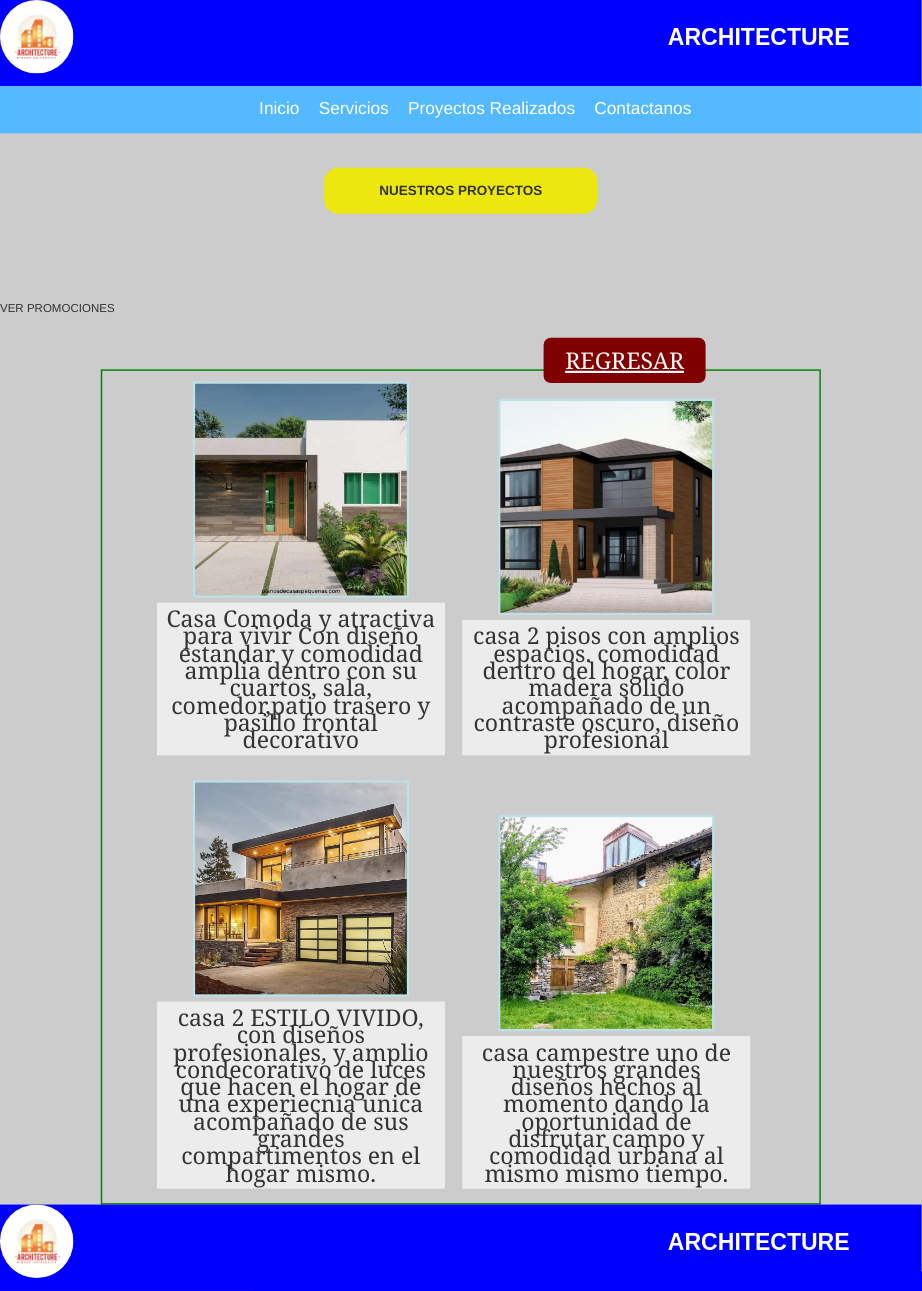
Repository: gabrielestrella18/htdocs
Page: http://localhost/arquitectos/proyectos.php
An editor plug-in stored every save of this project. The page is shown before and after the next save, followed by the edit.
The browser window is 1280 px wide. The pictures show the whole page, at 72% of full size.
The page is run by PHP 8.4 with error messages shown; the project is at /var/www/html/. The database holds what the project's SQL file puts in it.

Above is the page before, as saved 2023-12-11 11:45:19.

### arquitectos/proyectos.php
<!DOCTYPE html>
<html lang="en">
  <head>
    <title></title>
    <meta charset="UTF-8">
    <meta name="viewport" content="width=device-width, initial-scale=1">
    <link href="estilo.css" rel="stylesheet">
  </head>
  <body>
  <?php
  include "arriba.php"
  ?>

<?php
include "menu.php"

?>

<br><br>
<div class="ser">
<h3 class="serv">NUESTROS PROYECTOS</h3>
</div>
<br><br><br><br><br>


<div class="cabecera">
    VER PROMOCIONES
</div>

<BR></BR>
<p class="alinear"><a id="mostrar" href="control.php">
    REGRESAR</a>
</p>

<div class="contenedor">
    <?php
    include "conexion.php";
    $todos_usuarios = "SELECT * FROM contenidos ORDER BY id ASC";
    $resultado = mysqli_query($conexion, $todos_usuarios);

    while ($registro = mysqli_fetch_assoc($resultado)) {
    ?>
<div class="cajas">
    <a href="<?php  echo $registro['descripcion']?>"
    target="_blank">
    <img class="fotos_promo" src="<?php echo $registro['descripcion'];  ?>"></a>
    <br>
    <p class="titulo_promo"><?php  echo $registro['ruta']; ?></p>
</div>
<?php
    }
?>
</div>




<?php
include "abajo.php"
?>


  </body>
</html>

### arquitectos/arriba.php
<div class="azul">
  <img  class="lg"src="imagenes/arch.jpg" alt="">

  <h1>ARCHITECTURE</h1>
</div>

### arquitectos/menu.php
<div class="menu">
<div class="menuOpciones">
            <a href="index.php">Inicio</a>
            <a href="servicios.php">Servicios</a>
            <a href="proyectos.php">Proyectos Realizados</a>
            <a href="contactos.php">Contactanos</a>
            </div>

</div>

### arquitectos/conexion.php
<?php
$host = "localhost";
$user = "root";
$pass = "";
$bd = "arquitectos";

$conexion = mysqli_connect($host, $user, $pass, $bd);

if (!$conexion){
echo"NO se conecto";
}

### arquitectos/abajo.php

<div class="azul">
  <img  class="lg"src="imagenes/arch.jpg" alt="">

  <h1>ARCHITECTURE</h1>
</div>

### arquitectos/estilo.css
* {
    box-sizing: border-box;
    margin: 0;
    padding: 0;
}

body {
    font-family: helvetica;
    font-size: 16px;
    line-height: 24px;
    color: #333;
    background-color: #cccccc;
    max-width: 1400px;
}

.azul {
    background-color: blue;
    padding-bottom: 120px;
}

.lg {
    float: left;
    width: 8%;
    height: 8%;
    border-radius: 80px;
}

h1 {
    color: white;
    float: right;
    font-family: sans-serif;
    text-align: end;
    padding-top: 40px;
    padding-right: 100px;
}

.menu {
    border: 1px #54b9ff solid;
    background-color: #54b9ff;
    height: 65px;
}

.menuOpciones {
    padding-top: 12px;
    text-align: center;
    margin-top: 5px;
    padding-left: 40px;
    font-size: x-large;
}

.menuOpciones a {
    text-decoration: none;
    color: white;
    padding: 10px;
}

.menuOpciones a:hover {
    color: #373b39;
    background-color: #0afc83;
    padding-top: 16px;
    padding-bottom: 21px;
}

.contenedor_fondo {
    width: 1350px;
    height: 600px;
    margin: auto;
    background-image: url(imagenes/fondoarq.jpg);
    background-repeat: no-repeat;
    background-size: cover;
}

.textofoto {
    color: rgb(7, 2, 2);
    margin: auto;
    text-align: center;
    line-height: 35px;
    padding-top: 200px;
    font-size: x-large;
}

.video {
    text-align: center;
    background-color: #373b39;
    border-radius: 100px;
    width: 700px;
    margin: auto;
    padding-top: 40px;
    padding-bottom: 40px;
}

.botoncito {
    text-align: center;
}

.boton1 {
    color: #ece80f;
    background-color: #ce1111;
    padding-top: 20px;
    padding-bottom: 20px;
    padding-left: 10px;
    padding-right: 10px;
    border-radius: 20px;
    text-decoration: none;
}

h3 {
    text-align: center;
}

.serv {
    background-color: #ece80f;
    padding-top: 20px;
    padding-bottom: 20px;
    padding-left: 10px;
    padding-right: 10px;
    border-radius: 20px;
}

.ser {
    padding-left: 450px;
    padding-right: 450px;
}

p {
    font-weight: 400px;
    font-size: xx-large;
}

.text {
    text-align: center;
}

.caja1 {
    float: left;
    padding-left: 150px;
    padding-top: 60px;
}

.caja2 {
    float: right
}

.plan {
    width: 70%;
    height: 70%;
}

.rojo {
    color: rgb(255, 0, 0);
    font-weight: 800;
}

.text {
    color: black;
    font-size: large;
}

.caja3 {
    float: right;
    padding-right: 200px;
    padding-top: 120px;
}

.caja4 {
    float: left;
}

.co {
    padding-left: 100px;
    width: 600px;
    height: 320px;
}

.caja5 {
    float: left;
    padding-left: 150px;
    padding-top: 60px;
}

.caja6 {
    float: right;
    padding-right: 200px;
}

.re {
    width: 450px;
    height: 300px;
}

.display {
    display: inline-block;
    width: 1350px;
}

.mira {
    text-align: center;
    display: inline-block;
    width: 700px;
}

.ubica {
    display: inline-block;
    width: 600px;
    text-align: center;
    padding-left: 150px;
}

.ubi {
    width: 600px;
    height: 300px;
}

.boton2 {
    color: #ece80f;
    background-color: #ce1111;
    padding-top: 20px;
    padding-bottom: 20px;
    padding-left: 10px;
    padding-right: 10px;
    border-radius: 20px;
    text-decoration: none;
}

.rapi {
    color: rgb(243, 243, 248);
    font-family: 'Franklin Gothic Medium';
    font-size: large;
    background-color: rgb(68, 67, 66);
    border-radius: 20px;
    padding-top: 10px;
    padding-bottom: 10px;
    display: inline-block;
    padding-left: 10px;
    padding-right: 10px;
}

.cuadrado {
    border: 4px #eaeaea solid;
    background-color: #eaeaea;
    padding: 6px 50px;
}

.campos {
    border-radius: 20px;
    border: 1px #999 solid;
    padding: 7px;
    width: 400px;
    /* para que se separen */
    margin-left: 20px;
}

.boton3 {
    padding: 5px 10px;
    margin-left: 35px;
    color: #f0dbdb;
    background-color: #ff5454;
    border-radius: 20px;
    padding-top: 18px;
    padding-bottom: 18px;
    padding-left: 20px;
    padding-right: 20px;
}

.boton3:hover {
    background-color: #38065a;
    color: white;
}

.boton4 {
    padding: 5px 10px;
    background-color: aqua;
    border-radius: 20px;
    padding-top: 18px;
    padding-bottom: 18px;
    padding-left: 20px;
    padding-right: 20px;
}

.boton4:hover {
    background-color: #aaff0b;
    color: white;
}

.centro {
    text-align: center;
}

.contenedor2 {
    width: 1350px;
    height: 700px;
    margin: auto;
    background-image: url(imagenes/muchos.gif);
    background-repeat: no-repeat;
    background-size: cover;
}

h4 {
    color: blue;
    text-align: center;
    font-size: xx-large;
}

.admi {
    text-align: center;
}

.ad {
    color: white;
    background-color: rgb(46, 42, 42);
    border-radius: 20px;
    padding-top: 10px;
    padding-bottom: 10px;
    padding-left: 10px;
    padding-right: 10px;
}

h5 {
    color: blue;
    text-align: center;
    font-size: xx-large;
}

#proy {
    color: white;
    background-color: rgb(5, 5, 48);
    border-radius: 20px;
    padding-top: 10px;
    padding-bottom: 10px;
    padding-left: 10px;
    padding-right: 10px;
    text-decoration: none;
}

.alin {
    display: inline-block;
    width: 600px;
    text-align: center;
}

.lateral {
    display: inline-block;
    width: 1300px;
}

.mueble {
    display: inline-block;
    width: 600px;
}

.mueb {
    width: 70%;
    height: 90%;
}

#cabecera {
    color: #333;
    background-color: yellow;
    text-align: center;
    font-size: x-large;
    padding-top: 30px;
    padding-bottom: 30px;
}

.ancho {
    width: 1000px;
    background-color: aqua;
}

#form1 {
    text-align: center;
}

h2 {
    color: black;
    font-family: fantasy;
    text-align: start;
    background-color: brown;
    padding-top: 25px;
    padding-bottom: 15px;
    text-align: center;
}

p {
    font-family: Georgia, 'Times New Roman', Times, serif;
}

#guardarfoto {
    background-color: blueviolet;
    color: aliceblue;
    border: 0;
    padding: 10px 30px;
    border-radius: 10px;
}

.alinear {
    text-align: right;
    padding-right: 300px;
}

#mostrar {
    background-color: #800000;
    color: white;
    border: 0;
    padding: 10px 30px;
    border-radius: 10px;
}

.contenedor {
    max-width: 1000px;
    margin: auto;
    text-align: center;
    border: 2px green solid;
}


/* FOTOS */

.fotos {
    border: 1px #999999 solid;
    padding: 10px;
    border-radius: 10px;
    float: left;
    margin-top: 10px;
}

.fotos_promo {
    border: #b9e3eb solid;
    width: 300px;
    height: 300px;
    object-fit: cover;
}

.titulo_promo {
    width: auto;
    padding: 10px;
    background-color: #ececec;
}

.cajas {
    padding-top: 15px;
    width: 400px;
    display: inline-block;
    margin-right: 20px;
    margin-bottom: 20px;
}

.regresar {
    color: white;
    background-color: #cc9900;
    padding: 10px 20px;
    text-decoration: none;
    font-family: Arial, Helvetica, sans-serif;
}

.contenedorpadre {
    border: 1px #999999 solid;
    width: 980px;
    margin: auto;
    border-radius: 10px;
    background-color: #e6e6e6;
    padding: 10px;
}

### arquitectos/arquitectos.sql (the tables this page reads)
CREATE TABLE `contenidos` (
  `id` int(10) NOT NULL,
  `ruta` varchar(300) COLLATE utf8mb4_spanish_ci DEFAULT NULL,
  `descripcion` varchar(100) COLLATE utf8mb4_spanish_ci DEFAULT NULL
) ENGINE=InnoDB DEFAULT CHARSET=utf8mb4 COLLATE=utf8mb4_spanish_ci;

INSERT INTO `contenidos` (`id`, `ruta`, `descripcion`) VALUES
(3, 'Casa Comoda y atractiva para vivir \r\nCon diseño estandar y comodidad amplia dentro con su cuartos, sala, comedor,patio trasero y pasillo frontal decorativo', 'infoproyectos/casafach.jpg'),
(4, 'casa 2 pisos con amplios espacios. comodidad dentro del hogar, color madera solido acompañado de un contraste oscuro, diseño profesional', 'infoproyectos/casamadera.jpg'),
(5, 'casa 2 ESTILO VIVIDO, con diseños profesionales, y amplio condecorativo de luces que hacen el hogar de una experiecnia unica acompañado de sus grandes compartimentos en el hogar mismo.', 'infoproyectos/casavivida.jpg'),
(6, 'casa campestre uno de nuestros grandes diseños hechos al momento dando la oportunidad de disfrutar campo y comodidad urbana al mismo mismo tiempo.', 'infoproyectos/muchos.gif');

ALTER TABLE `contenidos`
  ADD PRIMARY KEY (`id`);

ALTER TABLE `contenidos`
  MODIFY `id` int(10) NOT NULL AUTO_INCREMENT, AUTO_INCREMENT=7;

After the next save:
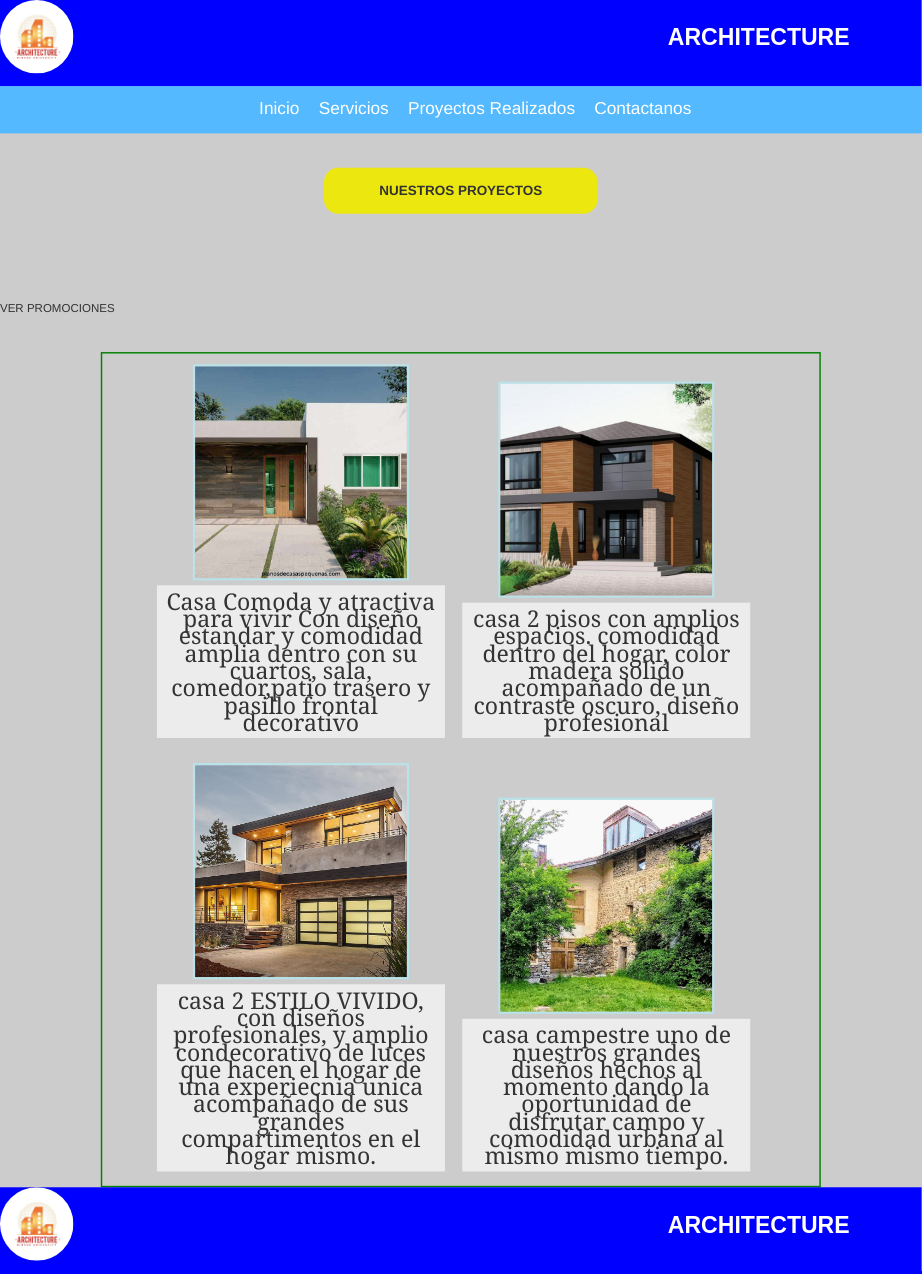
Saved 38 s later.
--- a/arquitectos/proyectos.php
+++ b/arquitectos/proyectos.php
@@ -28,9 +28,6 @@ include "menu.php"
 </div>
 
 <BR></BR>
-<p class="alinear"><a id="mostrar" href="control.php">
-    REGRESAR</a>
-</p>
 
 <div class="contenedor">
     <?php
